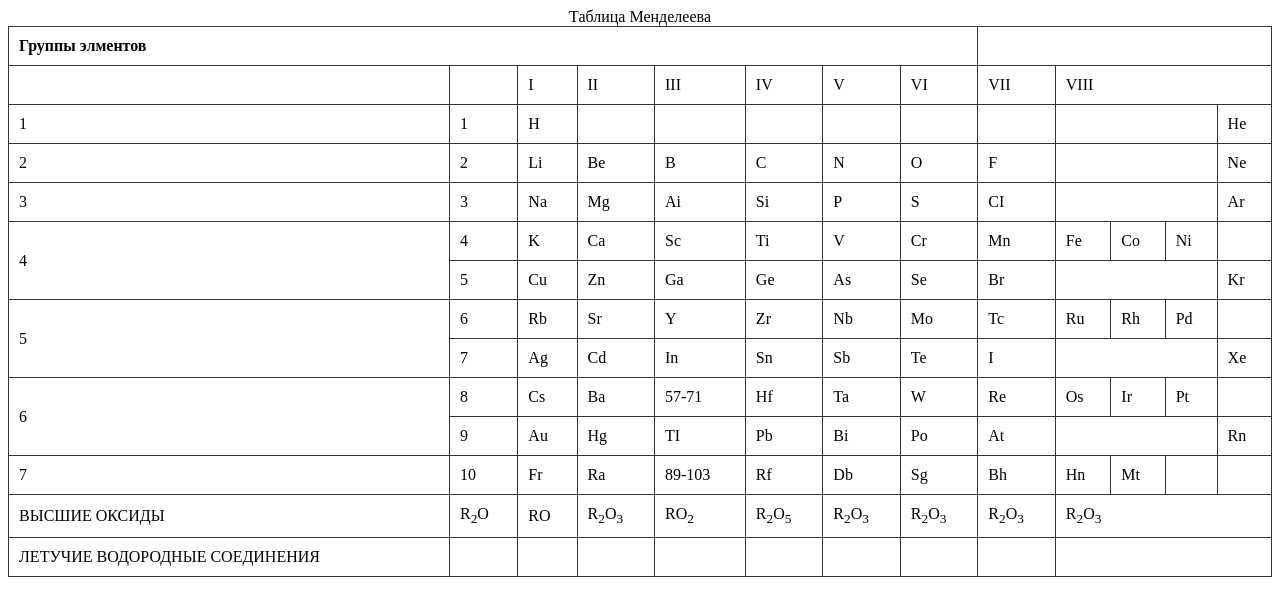
Repository: sannikovcode/exercises-a1
Page: JS/websites/01-periodic table/index.html
The author's editor kept a copy of each file at every save. The page is drawn from the files as they stood at one save, then again after the next save.
The browser window is 1280 px wide. The pictures show the whole page.

Above is the page before, as saved 2025-10-17 19:15:20.

After the next save:
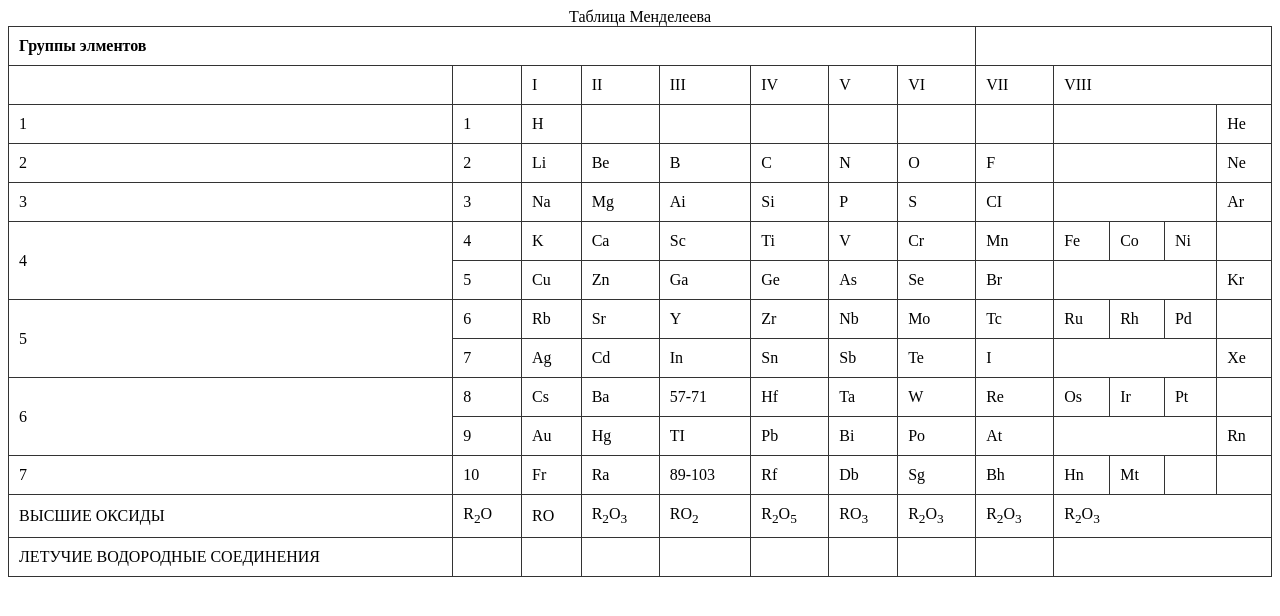
Saved 13 s later.
--- a/JS/websites/01-periodic table/index.html
+++ b/JS/websites/01-periodic table/index.html
@@ -175,7 +175,7 @@
                 <td>R<sub>2</sub>O<sub>3</sub></td>
                 <td>RO<sub>2</sub></td>
                 <td>R<sub>2</sub>O<sub>5</sub></td>
-                <td>R<sub>2</sub>O<sub>3</sub></td>
+                <td>RO<sub>3</sub></td>
                 <td>R<sub>2</sub>O<sub>3</sub></td>
                 <td>R<sub>2</sub>O<sub>3</sub></td>
                 <td colspan="4">R<sub>2</sub>O<sub>3</sub></td>
